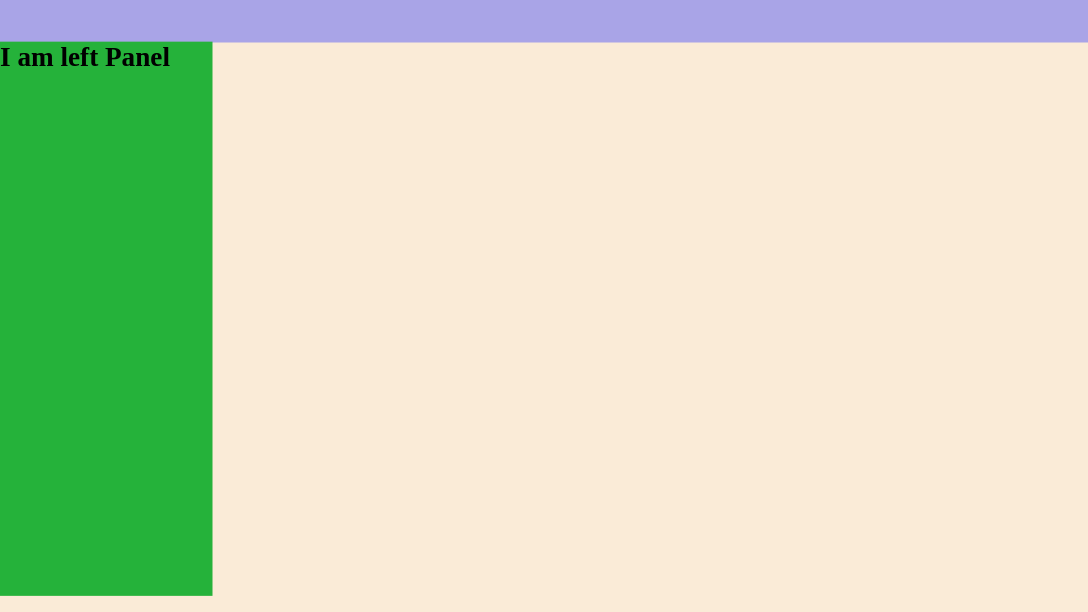
Repository: purnimapatel/fish-world
Page: index.html
The author's editor kept a copy of each file at every save. The page is drawn from the files as they stood at one save, then again after the next save.
The browser window is 1280 px wide. The pictures show the whole page, at 85% of full size.

Above is the page before, as saved 2024-08-25 11:02:10.

After the next save:
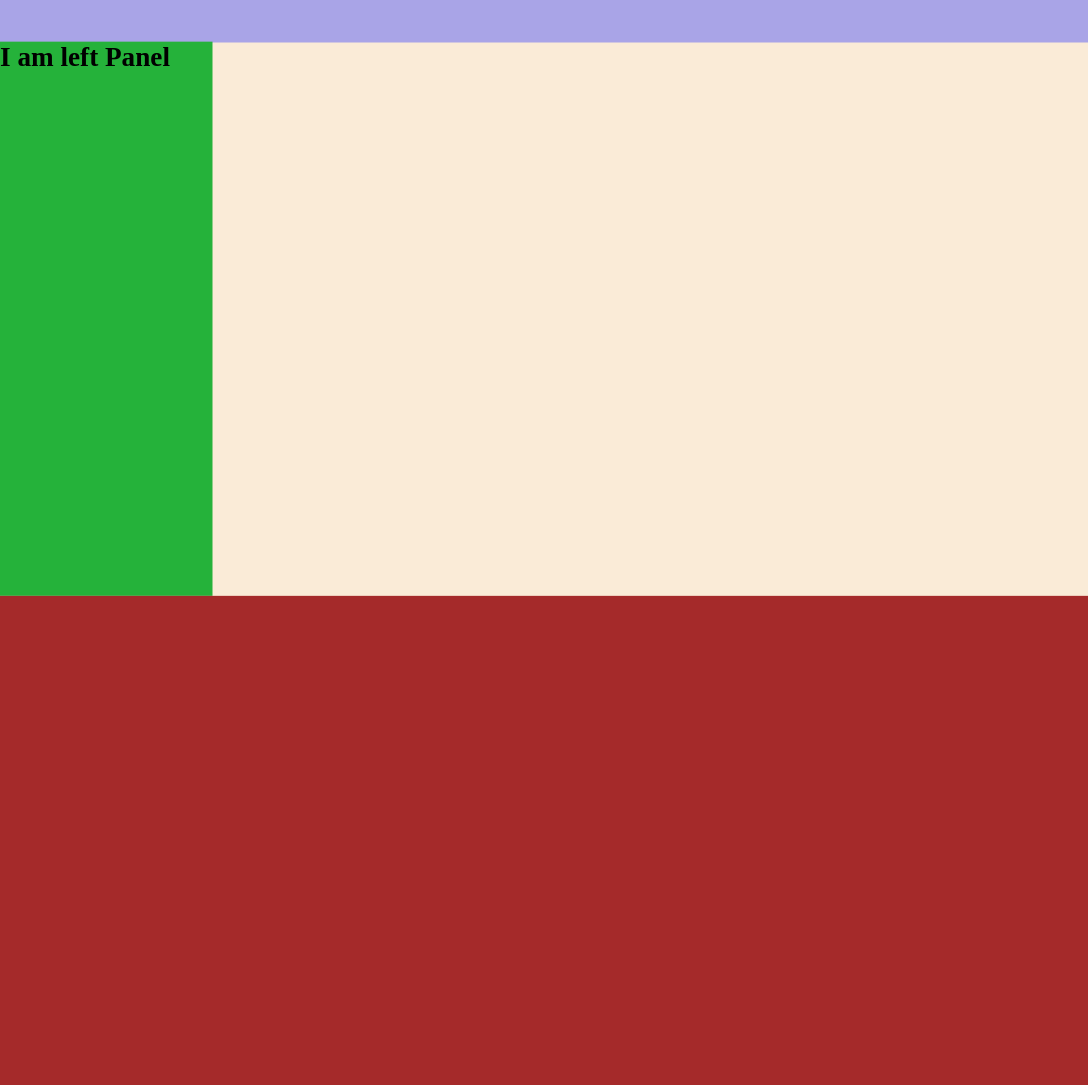
Saved 14 s later.
--- a/style.css
+++ b/style.css
@@ -27,5 +27,6 @@ body{
 }
 .mainBody{
     background-color:brown;
+    height: 80vh;
 
 }
